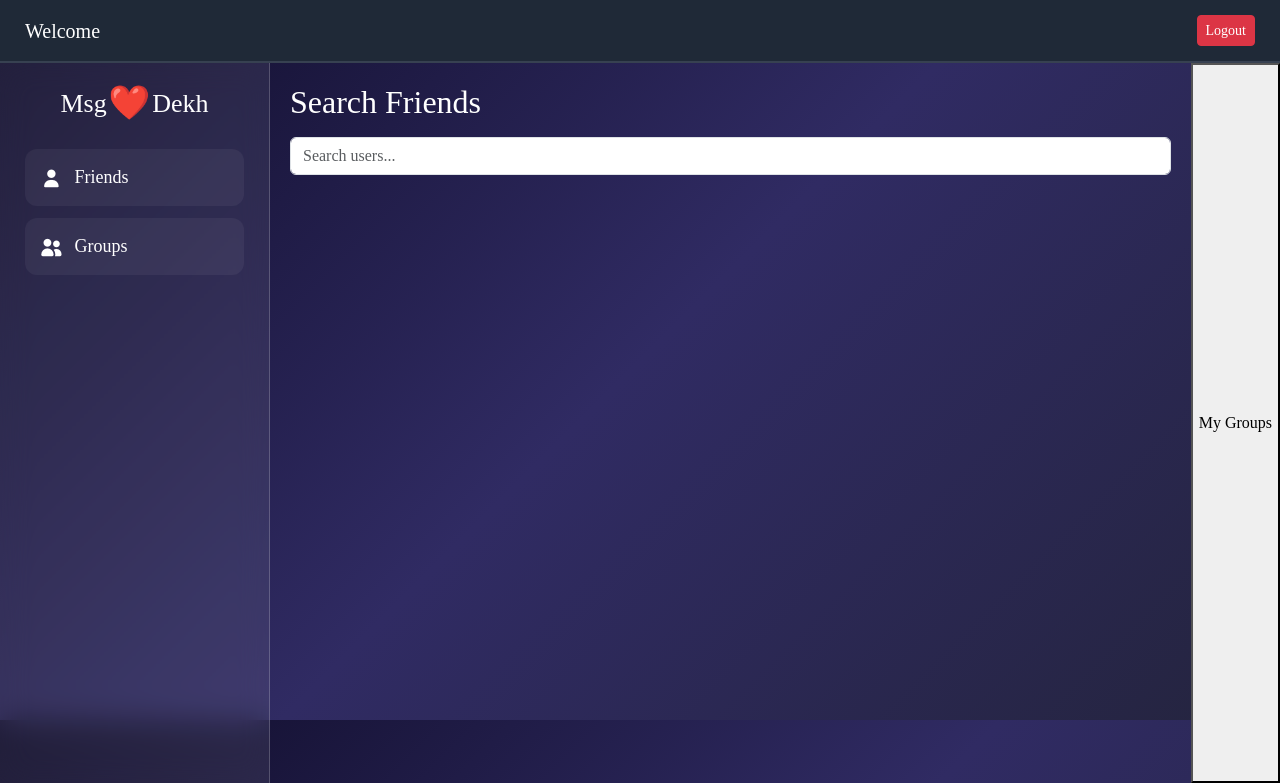
Repository: bharat132002/chat-app
Page: public/index.html
An editor plug-in stored every save of this project. The page is shown before and after the next save, followed by the edit.
The browser window is 1280 px wide. The pictures show the whole page.
Some web libraries are served in a nearby version.

Above is the page before, as saved 2025-12-11 12:27:49.

### public/index.html
<!DOCTYPE html>
<html lang="en">
  <head>
    <meta charset="UTF-8" />
    <meta name="viewport" content="width=device-width, initial-scale=1.0" />
    <title>Msg❤️Dekh</title>

    <!-- Bootstrap -->
    <link
      href="https://cdn.jsdelivr.net/npm/bootstrap@5.3.2/dist/css/bootstrap.min.css"
      rel="stylesheet"
    />
    <link
      rel="stylesheet"
      href="https://cdnjs.cloudflare.com/ajax/libs/font-awesome/7.0.1/css/all.min.css"
      integrity="sha512-2SwdPD6INVrV/lHTZbO2nodKhrnDdJK9/kg2XD1r9uGqPo1cUbujc+IYdlYdEErWNu69gVcYgdxlmVmzTWnetw=="
      crossorigin="anonymous"
      referrerpolicy="no-referrer"
    />

    <!-- Remix Icons -->
    <link
      href="https://cdn.jsdelivr.net/npm/remixicon/fonts/remixicon.css"
      rel="stylesheet"
    />

    <style>
      body {
        margin: 0;
        background: linear-gradient(135deg, #0f0c29, #302b63, #24243e);
        font-family: "Poppins";
        color: #fff;
        height: 100vh;
        overflow: hidden;
      }

      .main {
        display: flex;
        height: 100vh;
      }

      .sidebar {
        width: 270px;
        background: rgba(255, 255, 255, 0.08);
        backdrop-filter: blur(15px);
        border-right: 1px solid rgba(255, 255, 255, 0.2);
        padding: 25px;
        animation: slideIn 0.6s ease;
      }

      @keyframes slideIn {
        from {
          transform: translateX(-80px);
          opacity: 0;
        }
        to {
          transform: translateX(0);
          opacity: 1;
        }
      }

      .sidebar h2 {
        text-align: center;
        font-size: 26px;
        margin-bottom: 30px;
      }

      .menu-item {
        padding: 15px;
        margin-top: 12px;
        display: flex;
        align-items: center;
        gap: 12px;
        font-size: 18px;
        border-radius: 12px;
        cursor: pointer;
        transition: 0.3s;
        background: rgba(255, 255, 255, 0.05);
      }

      .menu-item:hover {
        background: rgba(255, 255, 255, 0.2);
        transform: scale(1.04);
        box-shadow: 0 0 12px rgba(255, 255, 255, 0.3);
      }

      .active {
        background: rgba(255, 255, 255, 0.25);
        box-shadow: 0 0 10px #ffffff67;
      }

      .screen {
        flex: 1;
        padding: 20px;
        display: none;
        animation: fade 0.5s ease;
      }

      @keyframes fade {
        from {
          opacity: 0;
          transform: translateY(20px);
        }
        to {
          opacity: 1;
          transform: translateY(0);
        }
      }

      .top-bar {
        width: 100%;
        padding: 15px 25px;
        background: #1f2937;
        border-bottom: 2px solid #374151;
        color: #fff;
        display: flex;
        justify-content: space-between;
        align-items: center;
        font-size: 20px;
      }

      /* Search List */
      #searchResults {
        list-style: none;
        padding-left: 0;
      }

      .search-item {
        padding: 12px 15px;
        background: rgba(255, 255, 255, 0.1);
        border-radius: 10px;
        margin-top: 10px;
        cursor: pointer;
        transition: 0.25s;
      }

      .search-item:hover {
        background: rgba(255, 255, 255, 0.25);
        transform: scale(1.02);
      }
      .fancy-btn {
        position: relative;
        overflow: hidden;
        transition: all 0.3s ease-in-out;
        font-weight: 600;
        border-radius: 30px;
      }

      /* Hover par smooth scale effect */
      .fancy-btn:hover {
        transform: scale(1.07);
        box-shadow: 0px 4px 15px rgba(0, 0, 0, 0.2);
      }

      /* Button ke andar glow animation */
      .fancy-btn::before {
        content: "";
        position: absolute;
        top: 0;
        left: -100%;
        width: 100%;
        height: 100%;
        background: rgba(255, 255, 255, 0.3);
        transform: skewX(-45deg);
      }

      /* Hover par glow slide effect */
      .fancy-btn:hover::before {
        animation: slide 0.6s forwards;
      }

      @keyframes slide {
        0% {
          left: -100%;
        }
        100% {
          left: 120%;
        }
      }
      .heartbeat {
        display: inline-block;
        animation: heartBeat 0.8s infinite;
        transform-origin: center;
      }

      @keyframes heartBeat {
        0% {
          transform: scale(1);
        }
        30% {
          transform: scale(1.3);
        }
        50% {
          transform: scale(1);
        }
        70% {
          transform: scale(1.3);
        }
        100% {
          transform: scale(1);
        }
      }
    </style>
  </head>

  <body>
    <!-- TOP BAR -->
    <div class="top-bar">
      <span id="chat-username">Welcome</span>

      <button class="btn btn-danger btn-sm" onclick="logoutUser()">
        Logout
      </button>
    </div>

    <div class="main">
      <!-- SIDEBAR -->
      <div class="sidebar">
        <h2>Msg <span class="heartbeat">❤️</span> Dekh</h2>

        <li class="menu-item" id="menuFriends" onclick="toggleFriendMenu()">
          <i class="fa-solid fa-user"></i>Friends
        </li>

        <ul id="friendSubmenu" style="display: none; margin-left: 20px">
          <li
            class="menu-item"
            id="menuFriendRequests"
            onclick="loadFriendRequests()"
          >
            Friend Requests
          </li>
          <li class="menu-item" id="menuMyFriends" onclick="loadMyFriends()">
            My Friends
          </li>
        </ul>

        <div class="menu-item" onclick="toggleGroupMenu()">
          <i class="fa-solid fa-user-group"></i> Groups
        </div>
        <!-- GROUP SUBMENU (placed inside sidebar) -->
        <ul
          id="groupSubmenu"
          class="submenu"
          style="display: none; margin-left: 12px"
        >
          <li class="menu-item" onclick="openCreateGroup()">Create Group</li>
          <li class="menu-item" onclick="openEditGroup()">Edit My Groups</li>
          <li class="menu-item" onclick="switchScreen('groupRequestsScreen')">
            Group Requests
          </li>
          <li class="menu-item" onclick="switchScreen('myGroupsScreen')">
            My Groups
          </li>
        </ul>
      </div>

      <div class="screen" id="friends" style="display: block">
        <h2>Search Friends</h2>
        <input
          id="searchInput"
          type="text"
          class="form-control mt-3"
          placeholder="Search users..."
        />
        <ul id="searchResults" class="mt-3 p-0"></ul>
      </div>

      <!-- REQUEST FRIENDS SCREEN -->
      <div class="screen" id="friendRequests" style="display: none">
        <h2>Friend Requests</h2>
        <ul id="requestsList" class="mt-3 p-0"></ul>
      </div>

      <!-- MY FRIENDS SCREEN -->
      <div class="screen" id="myFriendsScreen" style="display: none">
        <h2>My Friends</h2>
        <ul id="myFriendsList" class="mt-3 p-0"></ul>
      </div>

      <!-- GROUP REQUESTS -->
      <div class="screen" id="groupRequestsScreen">
        <h3>Group Join Requests</h3>
        <ul
          id="groupRequestList"
          style="padding-left: 0; margin-top: 12px"
        ></ul>
      </div>
      <button id="myGroupBtn">My Groups</button>
      <div id="myGroupList"></div>
    </div>

    <script src="/public/js/chat.js"></script>
    <!-- JS -->
    <script src="https://cdn.jsdelivr.net/npm/bootstrap@5.3.2/dist/js/bootstrap.bundle.min.js"></script>

    <script>
      /* ------------------ GET USER ID ------------------ */
      function getUserId() {
        return Number(localStorage.getItem("userId"));
      }
      /* ---------- FRIEND MENU TOGGLE ---------- */
      function toggleFriendMenu() {
        const menu = document.getElementById("friendSubmenu");
        menu.style.display = menu.style.display === "none" ? "block" : "none";
      }

      /* ⭐ ADDED: SET USERNAME IN NAVBAR ⭐ */
      (function showUsername() {
        const userData = localStorage.getItem("user");

        if (userData) {
          const user = JSON.parse(userData);
          document.getElementById(
            "chat-username"
          ).textContent = `Welcome, ${user.username}`;
        }
      })();
      /* ---------------- SCREEN SWITCHER ---------------- */
      function switchScreen(screenId) {
        document
          .querySelectorAll(".screen")
          .forEach((s) => (s.style.display = "none"));
        document.getElementById(screenId).style.display = "block";
      }

      /* ---------------- SEARCH FRIENDS ---------------- */
      document
        .getElementById("searchInput")
        .addEventListener("keyup", async function () {
          const query = this.value.trim();
          const resultsBox = document.getElementById("searchResults");

          if (query.length === 0) {
            resultsBox.innerHTML = "";
            return;
          }

          try {
            const token = localStorage.getItem("token");

            const res = await fetch(`/api/friends/search?username=${query}`, {
              headers: {
                Authorization: `Bearer ${token}`,
                "Content-Type": "application/json",
              },
            });

            const data = await res.json();
            const users = data.users || [];

            let html = "";
            users.forEach((user) => {
              html += `
            <li class="search-item d-flex justify-content-between align-items-center p-2 mb-2 border rounded shadow-sm" data-id="${user.id}">
                <strong>${user.username}</strong>

                <div class="btn-group">
                    <button class="send-req-btn btn btn-primary fancy-btn" data-id="${user.id}">
                        Send Request
                    </button>

                    <button class="msg-btn btn btn-success fancy-btn" data-id="${user.id}">
                        Message
                    </button>
                </div>
            </li>
            `;
            });

            resultsBox.innerHTML = html;
          } catch (err) {
            console.error("Search failed:", err);
          }
        });

      /* ---------------- SEARCH LIST CLICK EVENTS ---------------- */
      document
        .getElementById("searchResults")
        .addEventListener("click", async function (e) {
          const target = e.target;

          /* ---- SEND REQUEST ---- */
          if (target.classList.contains("send-req-btn")) {
            const receiverId = target.dataset.id;
            const token = localStorage.getItem("token");

            if (!token) {
              alert("Token not found — please login again.");
              return;
            }

            const res = await fetch(`/api/friends/send`, {
              method: "POST",
              headers: {
                Authorization: `Bearer ${token}`,
                "Content-Type": "application/json",
              },
              body: JSON.stringify({ receiverId }), // ⭐ EXACT NAMED PARAM
            });

            const data = await res.json();
            alert(data.msg);
            return;
          }
        });

      // ---------pending--------------------
      function loadFriendRequests() {
        // Only show friend request screen
        document
          .querySelectorAll(".screen")
          .forEach((s) => (s.style.display = "none"));
        document.getElementById("friendRequests").style.display = "block";

        const token = localStorage.getItem("token");

        fetch(`/api/friends/pending`, {
          method: "GET",
          headers: {
            Authorization: "Bearer " + token,
          },
        })
          .then((res) => res.json())
          .then((data) => {
            const list = document.getElementById("requestsList");
            list.innerHTML = "";

            if (!data.success || data.requests.length === 0) {
              list.innerHTML = `<p>No pending friend requests.</p>`;
              return;
            }

            data.requests.forEach((req) => {
              list.innerHTML += `
                <li class="d-flex justify-content-between align-items-center p-2 mb-2 border rounded shadow-sm">
                    <strong>${req.Sender.username}</strong>

                    <div class="btn-group">
                        <button class="btn btn-success btn-sm fancy-btn" onclick="acceptFriend(${req.id})">Accept</button>
                        <button class="btn btn-danger btn-sm fancy-btn" onclick="rejectFriend(${req.id})">Reject</button>
                    </div>
                </li>
            `;
            });
          })
          .catch((err) => console.error("Error loading requests:", err));
      }
      // accept------------------------------------
      async function acceptFriend(requestId) {
        try {
          const token = localStorage.getItem("token");

          const res = await fetch(`/api/friends/accept/${requestId}`, {
            method: "POST",
            headers: {
              Authorization: "Bearer " + token,
              "Content-Type": "application/json",
            },
          });

          const data = await res.json();

          if (data.success) {
            alert(data.msg || "Friend request accepted!");
            loadFriendRequests(); // pending list refresh
            loadMyFriends(); // My Friends list refresh
          } else {
            alert(data.msg || "Failed to accept friend request");
          }
        } catch (err) {
          console.error("Accept error:", err);
          alert("Error accepting friend request");
        }
      }

      // reject-------
      function rejectFriend(requestId) {
        const token = localStorage.getItem("token");

        fetch(`/api/friends/reject/${requestId}`, {
          method: "POST",
          headers: {
            Authorization: "Bearer " + token,
          },
        })
          .then((res) => res.json())
          .then((data) => {
            alert(data.msg || "Rejected");
            loadFriendRequests();
          })
          .catch((err) => console.error("Reject error:", err));
      }

      /* ---------------- LOGOUT ---------------- */
      function logoutUser() {
        localStorage.removeItem("token");
        location.href = "/auth.html";
      }

      // Ye ensure karega ki accept hone ke baad friend list update ho.
      function loadMyFriends() {
        switchScreen("myFriendsScreen");

        const token = localStorage.getItem("token");
        const list = document.getElementById("myFriendsList");

        list.innerHTML = "<p>Loading...</p>";

        fetch(`/api/friends/all`, {
          headers: { Authorization: "Bearer " + token },
        })
          .then((res) => res.json())
          .then((data) => {
            list.innerHTML = "";

            if (!data.success || data.friends.length === 0) {
              list.innerHTML = "<p>No friends yet</p>";
              return;
            }

            data.friends.forEach((f) => {
              const myId = getUserId();
              const friendUser = f.senderId === myId ? f.Receiver : f.Sender;

              list.innerHTML += `
          <li class="search-item d-flex justify-content-between align-items-center p-2 mb-2 border rounded shadow-sm">
            <strong>${friendUser.username}</strong>
            <button class="btn btn-success btn-sm" onclick="startChat(${
              friendUser.id
            }, '${friendUser.username.replace("'", "\\'")}')">Message</button>
          </li>
        `;
            });
          });
      }
      //
      function openChatWith(userId) {
        switchScreen("chatScreen", document.getElementById("menuChats"));
        loadChatMessages(userId);
      }

      function startChat(friendId, friendName) {
        localStorage.setItem("chatUserId", String(friendId));
        localStorage.setItem("chatUserName", String(friendName));
        // navigate to chat page
        window.location.href = "/chat.html";
      }

      function toggleGroupMenu() {
        const menu = document.getElementById("groupSubmenu");
        menu.style.display = menu.style.display === "none" ? "block" : "none";
      }

      function openCreateGroup() {
        window.location.href = "/create-group.html";
      }
      function openEditGroup() {
        window.location.href = "/edit-group.html";
      }

      document
        .getElementById("myGroupBtn")
        .addEventListener("click", async () => {
          try {
            const token = localStorage.getItem("token"); // agar tumne token localStorage me store kiya hai
            if (!token) return alert("Please login first.");

            const res = await fetch("/api/groups/my-groups", {
              method: "GET",
              headers: {
                "Content-Type": "application/json",
                Authorization: "Bearer " + token,
              },
            });

            if (!res.ok) {
              const err = await res
                .json()
                .catch(() => ({ msg: "Unknown error" }));
              return alert("Error: " + (err.msg || res.statusText));
            }

            const data = await res.json();
            const groups = data.groups || [];

            const container = document.getElementById("myGroupList");
            if (groups.length === 0) {
              container.innerHTML = "<p>No groups created yet.</p>";
              return;
            }

            container.innerHTML = groups
              .map((g) => {
                // agar g.photo mein filepath stored hai (e.g. "/uploads/groups/xxx.jpg")
                const photoHtml = g.photo
                  ? `<img src="${g.photo}" alt="${g.name}" style="width:80px;height:80px;border-radius:8px;object-fit:cover;">`
                  : "";
                return `
       <div class="group-card" onclick="openGroup(${g.id})">
    <div class="group-img">
        ${photoHtml || `<div class="no-img"></div>`}
    </div>
    <div class="group-info">
        <h3>${g.name}</h3>
        <p>${g.bio || ""}</p>
    </div>
</div>
      `;
              })
              .join("");
          } catch (err) {
            console.error(err);
            alert("Something went wrong. Check console.");
          }
        });

      function viewGroup(id) {
        // apna view logic yahan
        console.log("View group", id);
        // e.g., window.location = `/group.html?id=${id}` etc.
      }
      function editGroup(id) {
        console.log("Edit group", id);
      }
    </script>
  </body>
</html>

### public/js/chat.js
document
  .getElementById("searchInput")
  .addEventListener("keyup", async function () {
    const query = this.value.trim();

    if (query.length === 0) {
      document.getElementById("searchResults").innerHTML = "";
      return;
    }

    try {
      const res = await fetch(
        `http://localhost:5000/api/friends/search?username=${query}`,
        {
          headers: {
            Authorization: localStorage.getItem("token"),
          },
        }
      );

      const data = await res.json();
      const results = data.users;

      let html = "";
      users.forEach((user) => {
        html += `
        <li class="search-item" data-id="${user.id}">
            <strong>${user.username}</strong>
            <button class="send-req-btn" data-id="${user.id}">Send Request</button>
            <button class="msg-btn" data-id="${user.id}">Message</button>
        </li>
    `;
      });

      document.getElementById("searchResults").innerHTML = html;
    } catch (err) {
      console.error("Search failed:", err);
    }
  });

After the next save:
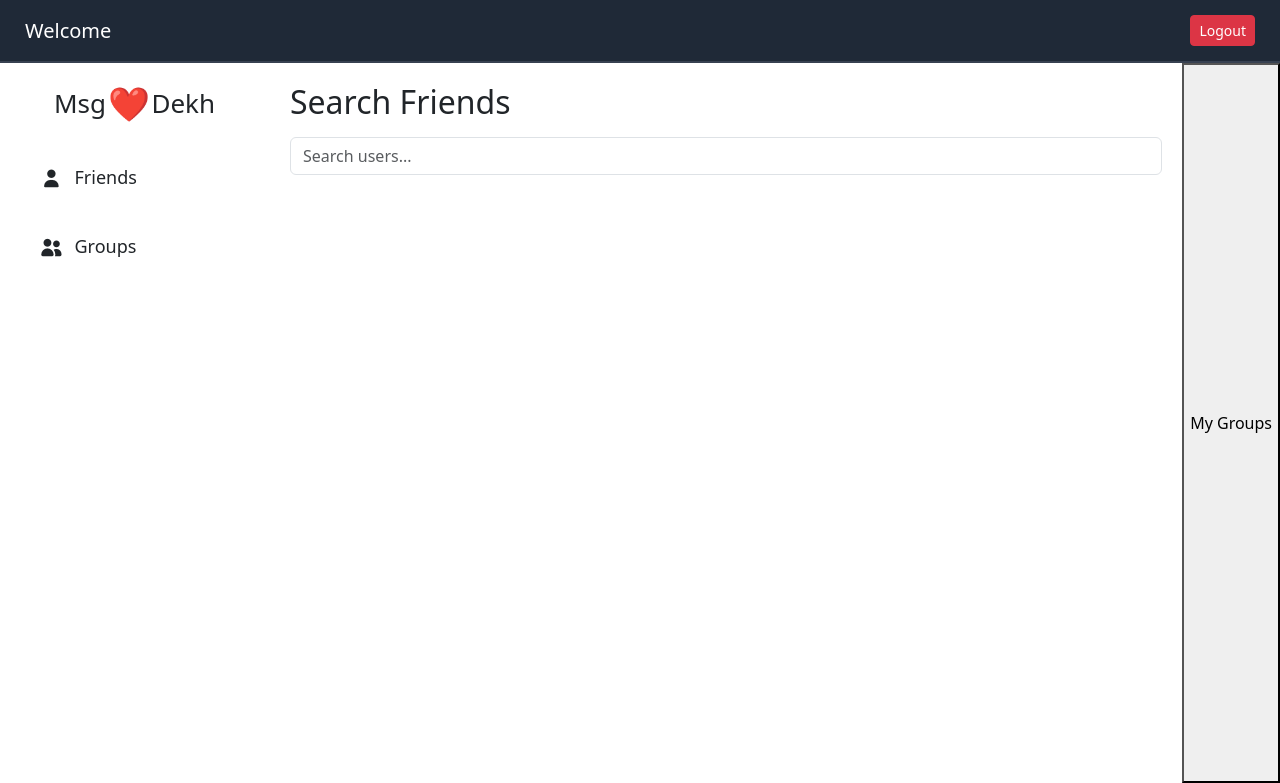
Saved 44 s later.
--- a/public/index.html
+++ b/public/index.html
@@ -25,6 +25,47 @@
     />
 
     <style>
+      .group-card {
+    width: 100%;
+    background: rgba(255,255,255,0.08);
+    backdrop-filter: blur(6px);
+    border-radius: 15px;
+    padding: 14px;
+    margin: 10px 0;
+    display: flex;
+    gap: 15px;
+    align-items: center;
+    cursor: pointer;
+    transition: 0.25s;
+    border: 1px solid rgba(255,255,255,0.1);
+}
+
+.group-card:hover {
+    transform: scale(1.03);
+    box-shadow: 0px 5px 20px rgba(0,0,0,0.3);
+}
+
+.group-img img,
+.no-img {
+    width: 65px;
+    height: 65px;
+    border-radius: 12px;
+    object-fit: cover;
+    background: #333;
+}
+
+.group-info h3 {
+    margin: 0;
+    color: #fff;
+    font-size: 20px;
+}
+
+.group-info p {
+    margin: 5px 0 0 0;
+    color: #ccc;
+    font-size: 14px;
+}
+✔ G
       body {
         margin: 0;
         background: linear-gradient(135deg, #0f0c29, #302b63, #24243e);

After the save that followed:
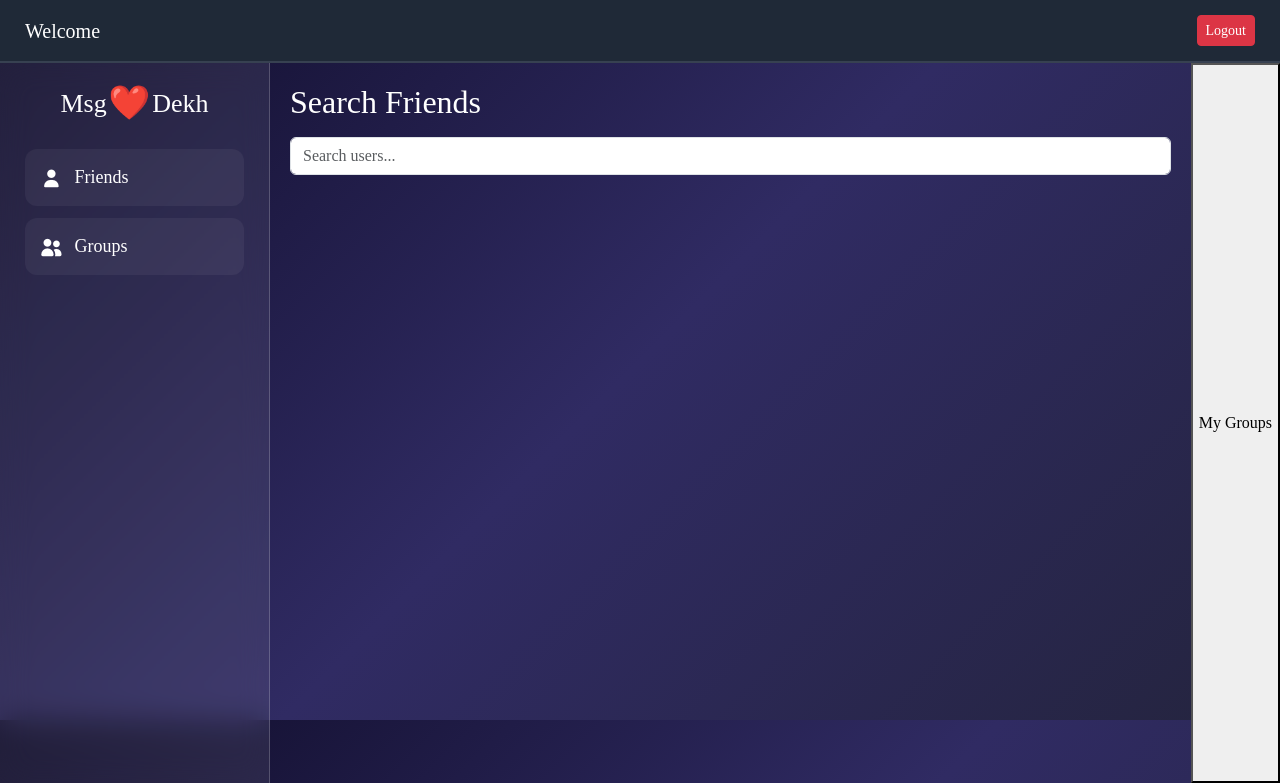
Saved 22 s later.
--- a/public/index.html
+++ b/public/index.html
@@ -25,47 +25,7 @@
     />
 
     <style>
-      .group-card {
-    width: 100%;
-    background: rgba(255,255,255,0.08);
-    backdrop-filter: blur(6px);
-    border-radius: 15px;
-    padding: 14px;
-    margin: 10px 0;
-    display: flex;
-    gap: 15px;
-    align-items: center;
-    cursor: pointer;
-    transition: 0.25s;
-    border: 1px solid rgba(255,255,255,0.1);
-}
-
-.group-card:hover {
-    transform: scale(1.03);
-    box-shadow: 0px 5px 20px rgba(0,0,0,0.3);
-}
-
-.group-img img,
-.no-img {
-    width: 65px;
-    height: 65px;
-    border-radius: 12px;
-    object-fit: cover;
-    background: #333;
-}
-
-.group-info h3 {
-    margin: 0;
-    color: #fff;
-    font-size: 20px;
-}
-
-.group-info p {
-    margin: 5px 0 0 0;
-    color: #ccc;
-    font-size: 14px;
-}
-✔ G
+
       body {
         margin: 0;
         background: linear-gradient(135deg, #0f0c29, #302b63, #24243e);
